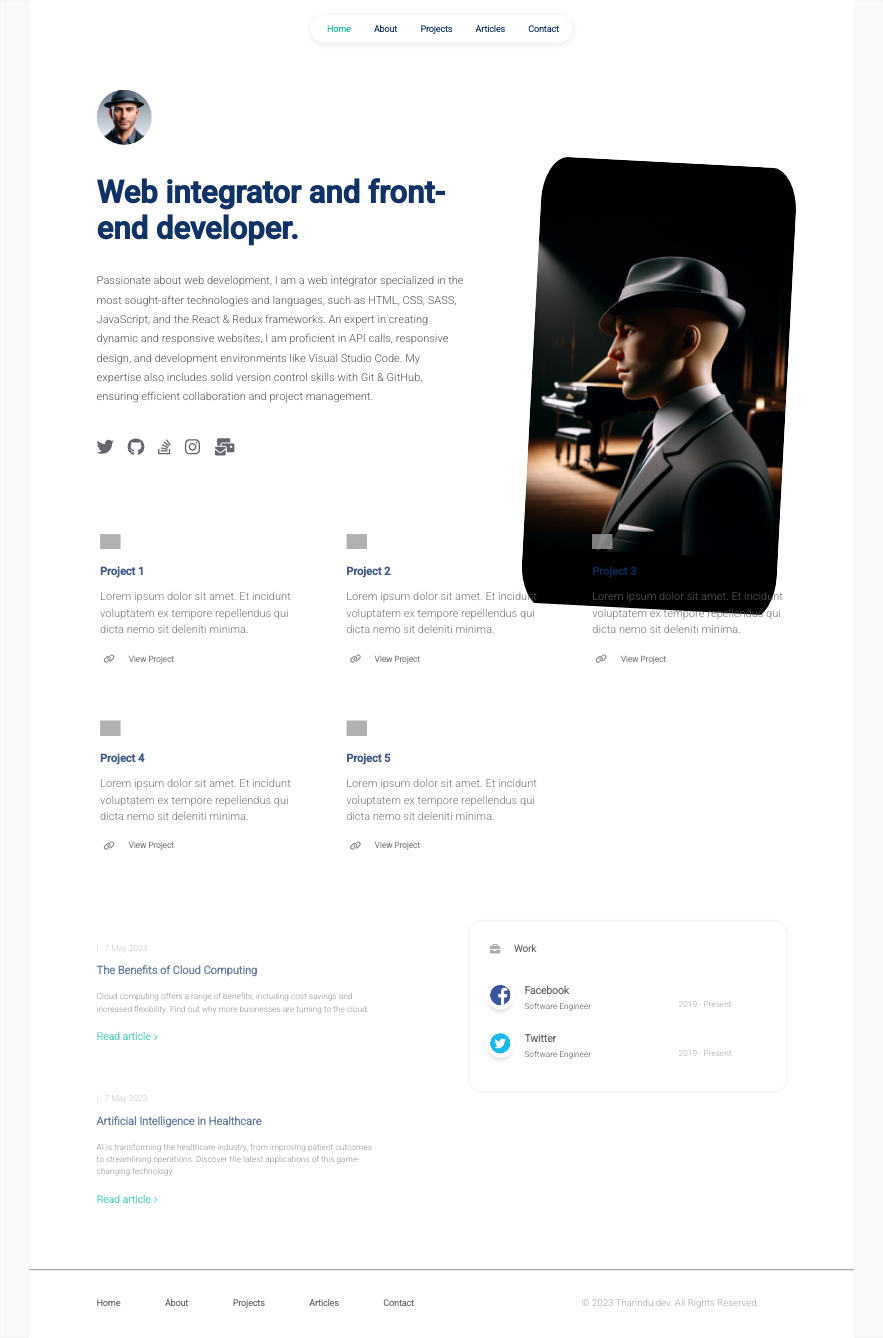
Repository: Dimple3377/reactfolio-master
Page: /
An editor plug-in stored every save of this project. The page is shown before and after the next save, followed by the edit.
The browser window is 1280 px wide. The pictures show the whole page, at 69% of full size.
Pictures or frames that could not be fetched are drawn as grey boxes. The project was rebuilt for these pictures with package versions that can differ from the ones it lists, and the page was loaded fresh each time. Also part of the build but not shown: src/components/about/socials.jsx, src/pages/styles/about.css, src/pages/about.jsx, src/pages/styles/projects.css, src/pages/projects.jsx, src/components/articles/article.jsx, src/pages/styles/articles.css, src/pages/articles.jsx and 5 more.

Above is the page before, as saved 2024-04-24 00:32:40.

### src/data/styles.css
:root {
	/* ------- colors ------- */
	--primary-color: #113264;
	--secondary-color: #65656d;
	--tertiary-color: #acacb4;
	--quaternary-color: #e4e4e7;
	--link-color: #14b8a6;
	/* ---------------------- */

	/* ------- fonts ------- */
	--primary-font: "Heebo", sans-serif;
	--secondary-font: "Roboto", sans-serif;
	/* --------------------- */
}

### src/pages/homepage.jsx
import React, { useState, useEffect } from "react";
import { Helmet } from "react-helmet";

import { faMailBulk } from "@fortawesome/free-solid-svg-icons";
import { FontAwesomeIcon } from "@fortawesome/react-fontawesome";
import {
	faTwitter,
	faGithub,
	faStackOverflow,
	faInstagram,
} from "@fortawesome/free-brands-svg-icons";

import Logo from "../components/common/logo";
import Footer from "../components/common/footer";
import NavBar from "../components/common/navBar";
import Article from "../components/homepage/article";
import Works from "../components/homepage/works";
import AllProjects from "../components/projects/allProjects";

import INFO from "../data/user";
import SEO from "../data/seo";
import myArticles from "../data/articles";

import "./styles/homepage.css";

const Homepage = () => {
	const [stayLogo, setStayLogo] = useState(false);
	const [logoSize, setLogoSize] = useState(80);
	const [oldLogoSize, setOldLogoSize] = useState(80);

	useEffect(() => {
		window.scrollTo(0, 0);
	}, []);

	useEffect(() => {
		const handleScroll = () => {
			let scroll = Math.round(window.pageYOffset, 2);

			let newLogoSize = 80 - (scroll * 4) / 10;

			if (newLogoSize < oldLogoSize) {
				if (newLogoSize > 40) {
					setLogoSize(newLogoSize);
					setOldLogoSize(newLogoSize);
					setStayLogo(false);
				} else {
					setStayLogo(true);
				}
			} else {
				setLogoSize(newLogoSize);
				setStayLogo(false);
			}
		};

		window.addEventListener("scroll", handleScroll);
		return () => window.removeEventListener("scroll", handleScroll);
	}, [logoSize, oldLogoSize]);

	const currentSEO = SEO.find((item) => item.page === "home");

	const logoStyle = {
		display: "flex",
		position: stayLogo ? "fixed" : "relative",
		top: stayLogo ? "3vh" : "auto",
		zIndex: 999,
		border: stayLogo ? "1px solid white" : "none",
		borderRadius: stayLogo ? "50%" : "none",
		boxShadow: stayLogo ? "0px 4px 10px rgba(0, 0, 0, 0.25)" : "none",
	};

	return (
		<React.Fragment>
			<Helmet>
				<title>{INFO.main.title}</title>
				<meta name="description" content={currentSEO.description} />
				<meta
					name="keywords"
					content={currentSEO.keywords.join(", ")}
				/>
			</Helmet>

			<div className="page-content">
				<NavBar active="home" />
				<div className="content-wrapper">
					<div className="homepage-logo-container">
						<div style={logoStyle}>
							<Logo width={logoSize} link={false} />
						</div>
					</div>

					<div className="homepage-container">
						<div className="homepage-first-area">
							<div className="homepage-first-area-left-side">
								<div className="title homepage-title">
									{INFO.homepage.title}
								</div>

								<div className="subtitle homepage-subtitle">
									{INFO.homepage.description}
								</div>
							</div>

							<div className="homepage-first-area-right-side">
								<div className="homepage-image-container">
									<div className="homepage-image-wrapper">
										<img
											src="homepage.jpg"
											alt="about"
											className="homepage-image"
										/>
									</div>
								</div>
							</div>
						</div>

						<div className="homepage-socials">
							<a
								href={INFO.socials.twitter}
								target="_blank"
								rel="noreferrer"
							>
								<FontAwesomeIcon
									icon={faTwitter}
									className="homepage-social-icon"
								/>
							</a>
							<a
								href={INFO.socials.github}
								target="_blank"
								rel="noreferrer"
							>
								<FontAwesomeIcon
									icon={faGithub}
									className="homepage-social-icon"
								/>
							</a>
							<a
								href={INFO.socials.stackoverflow}
								target="_blank"
								rel="noreferrer"
							>
								<FontAwesomeIcon
									icon={faStackOverflow}
									className="homepage-social-icon"
								/>
							</a>
							<a
								href={INFO.socials.instagram}
								target="_blank"
								rel="noreferrer"
							>
								<FontAwesomeIcon
									icon={faInstagram}
									className="homepage-social-icon"
								/>
							</a>
							<a
								href={`mailto:${INFO.main.email}`}
								target="_blank"
								rel="noreferrer"
							>
								<FontAwesomeIcon
									icon={faMailBulk}
									className="homepage-social-icon"
								/>
							</a>
						</div>

						<div className="homepage-projects">
							<AllProjects />
						</div>

						<div className="homepage-after-title">
							<div className="homepage-articles">
								{myArticles.map((article, index) => (
									<div
										className="homepage-article"
										key={(index + 1).toString()}
									>
										<Article
											key={(index + 1).toString()}
											date={article().date}
											title={article().title}
											description={article().description}
											link={"/article/" + (index + 1)}
										/>
									</div>
								))}
							</div>

							<div className="homepage-works">
								<Works />
							</div>
						</div>

						<div className="page-footer">
							<Footer />
						</div>
					</div>
				</div>
			</div>
		</React.Fragment>
	);
};

export default Homepage;

### src/components/common/footer.jsx
import React from "react";
import { Link } from "react-router-dom";

import "./styles/footer.css";

const Footer = () => {
	return (
		<React.Fragment>
			<div className="footer">
				<div className="footer-links">
					<ul className="footer-nav-link-list">
						<li className="footer-nav-link-item">
							<Link to="/">Home</Link>
						</li>
						<li className="footer-nav-link-item">
							<Link to="/about">About</Link>
						</li>
						<li className="footer-nav-link-item">
							<Link to="/projects">Projects</Link>
						</li>
						<li className="footer-nav-link-item">
							<Link to="/articles">Articles</Link>
						</li>
						<li className="footer-nav-link-item">
							<Link to="/contact">Contact</Link>
						</li>
					</ul>
				</div>

				<div className="footer-credits">
					<div className="footer-credits-text">
						© 2023 Tharindu.dev. All Rights Reserved.
					</div>
				</div>
			</div>
		</React.Fragment>
	);
};

export default Footer;

### src/components/common/navBar.jsx
import React from "react";
import { Link } from "react-router-dom";

import "./styles/navBar.css";

const NavBar = (props) => {
	const { active } = props;

	return (
		<React.Fragment>
			<div className="nav-container">
				<nav className="navbar">
					<div className="nav-background">
						<ul className="nav-list">
							<li
								className={
									active === "home"
										? "nav-item active"
										: "nav-item"
								}
							>
								<Link to="/">Home</Link>
							</li>
							<li
								className={
									active === "about"
										? "nav-item active"
										: "nav-item"
								}
							>
								<Link to="/about">About</Link>
							</li>
							<li
								className={
									active === "projects"
										? "nav-item active"
										: "nav-item"
								}
							>
								<Link to="/projects">Projects</Link>
							</li>
							<li
								className={
									active === "articles"
										? "nav-item active"
										: "nav-item"
								}
							>
								<Link to="/articles">Articles</Link>
							</li>
							<li
								className={
									active === "contact"
										? "nav-item active"
										: "nav-item"
								}
							>
								<Link to="/contact">Contact</Link>
							</li>
						</ul>
					</div>
				</nav>
			</div>
		</React.Fragment>
	);
};

export default NavBar;

### src/components/homepage/article.jsx
import React from "react";
import { Link } from "react-router-dom";

import { FontAwesomeIcon } from "@fortawesome/react-fontawesome";
import { faChevronRight } from "@fortawesome/free-solid-svg-icons";

import "./styles/article.css";

const Article = (props) => {
	const { title, description, date, link } = props;

	return (
		<React.Fragment>
			<div className="homepage-article">
				<div className="homepage-article-content">
					<div className="homepage-article-date">
						|&nbsp;&nbsp;&nbsp;{date}
					</div>
					<div className="homepage-article-title">{title}</div>
					<div className="homepage-article-description">
						{description}
					</div>
					<div className="homepage-article-link">
						<Link to={link}>
							Read article{" "}
							<FontAwesomeIcon
								style={{ fontSize: "10px" }}
								icon={faChevronRight}
							/>
						</Link>
					</div>
				</div>
			</div>
		</React.Fragment>
	);
};

export default Article;

### src/components/homepage/works.jsx
import React from "react";
import { faBriefcase } from "@fortawesome/free-solid-svg-icons";

import Card from "../common/card";

import "./styles/works.css";

const Works = () => {
	return (
		<div className="works">
			<Card
				icon={faBriefcase}
				title="Work"
				body={
					<div className="works-body">
						<div className="work">
							<img
								src="./facebook.png"
								alt="facebook"
								className="work-image"
							/>
							<div className="work-title">Facebook</div>
							<div className="work-subtitle">
								Software Engineer
							</div>
							<div className="work-duration">2019 - Present</div>
						</div>

						<div className="work">
							<img
								src="./twitter.png"
								alt="twitter"
								className="work-image"
							/>
							<div className="work-title">Twitter</div>
							<div className="work-subtitle">
								Software Engineer
							</div>
							<div className="work-duration">2019 - Present</div>
						</div>
					</div>
				}
			/>
		</div>
	);
};

export default Works;

### src/data/seo.js
const SEO = [
	{
		page: "home",
		description:
			"I am a backend developer with expertise in Node.js. I have experience in building scalable, secure and reliable web applications using various frameworks and technologies.",
		keywords: ["Tharindu", "Tharindu N", "Tharindu Nayanajith"],
	},

	{
		page: "about",
		description:
			"I am a backend developer with expertise in Node.js. I have experience in building scalable, secure and reliable web applications using various frameworks and technologies.",
		keywords: ["Tharindu", "Tharindu N", "Tharindu Nayanajith"],
	},

	{
		page: "articles",
		description:
			"Chronological collection of my long-form thoughts on programming, leadership, product design, and more.",
		keywords: ["Tharindu", "Tharindu N", "Tharindu Nayanajith"],
	},

	{
		page: "projects",
		description:
			"I've worked on a variety of projects over the years and I'm proud of the progress I've made. Many of these projects are open-source and available for others to explore and contribute to.",
		keywords: ["Tharindu", "Tharindu N", "Tharindu Nayanajith"],
	},

	{
		page: "contact",
		description:
			"If you're interested in collaborating on a project, feel free to reach out to me. I'm always open to new ideas and opportunities.",
		keywords: ["Tharindu", "Tharindu N", "Tharindu Nayanajith"],
	},
];

export default SEO;

### src/data/articles.js
import React from "react";

function article_1() {
	return {
		date: "7 May 2023",
		title: "The Benefits of Cloud Computing",
		description:
			"Cloud computing offers a range of benefits, including cost savings and increased flexibility. Find out why more businesses are turning to the cloud.",
		keywords: [
			"The Benefits of Cloud Computing",
			"Tharindu",
			"Tharindu N",
			"Tharindu Nayanajith",
		],
		style: `
				.article-content {
					display: flex;
					flex-direction: column;
					align-items: center;
				}

				.randImage {
					align-self: center;
					outline: 2px solid red;
				}
				`,
		body: (
			<React.Fragment>
				<div className="article-content">
					<div className="paragraph">Content of article 1</div>
					<img
						src="https://picsum.photos/200/300"
						alt="random"
						className="randImage"
					/>
				</div>
			</React.Fragment>
		),
	};
}

function article_2() {
	return {
		date: "7 May 2023",
		title: "Artificial Intelligence in Healthcare",
		description:
			"AI is transforming the healthcare industry, from improving patient outcomes to streamlining operations. Discover the latest applications of this game-changing technology.",
		style: ``,
		keywords: [
			"Artificial Intelligence in Healthcare",
			"Tharindu",
			"Tharindu N",
			"Tharindu Nayanajith",
		],
		body: (
			<React.Fragment>
				<h1>Content of article 2</h1>
			</React.Fragment>
		),
	};
}

const myArticles = [article_1, article_2];

export default myArticles;

### src/pages/styles/homepage.css
@import "../../data/styles.css";

.homepage-logo-container {
	display: flex;
	justify-content: left;
	align-items: center;
	padding-top: 130px;
}

.homepage-container {
	padding-top: 25px;
}

.homepage-first-area {
	display: flex;
	justify-content: space-between;
	align-items: center;
}

.homepage-first-area-left-side {
	display: flex;
	flex-direction: column;
	align-items: flex-start;
}

.homepage-title {
	width: 85% !important;
}

.homepage-subtitle {
	width: 85% !important;
}

.homepage-first-area-right-side {
	display: flex;
	align-items: center;
}

.homepage-image-container {
	width: 370px;
	height: 370px;
}

.homepage-image-wrapper {
	overflow: hidden;
	border-radius: 10%;
	transform: rotate(3deg);
}

.homepage-image-wrapper img {
	width: 100%;
}

.homepage-socials {
	display: flex;
	justify-content: left;
	align-items: center;
	padding-top: 30px;
}

.homepage-social-icon {
	padding-right: 20px;
	font-size: 25px;
	transition: color 0.2s ease-in-out;
	color: var(--secondary-color);
}

.homepage-social-icon:hover {
	color: var(--primary-color);
}

.homepage-after-title {
	display: flex;
}

.homepage-projects {
	flex-basis: 300px;
	padding-top: 40px;
}

.homepage-articles {
	flex-basis: 900px;
	padding-top: 30px;
	margin-left: -30px;
}

.homepage-article {
	padding-bottom: 5px;
}

.homepage-works {
	flex-basis: 600px;
	padding-top: 30px;
}

@media (max-width: 1024px) {
	.homepage-first-area {
		flex-direction: column;
	}

	.homepage-first-area-left-side {
		display: flex;
		flex-direction: column; /* Changed: set direction to column */
		align-items: flex-start;
		width: 100%;
		order: 2;
	}

	.homepage-title {
		width: 100% !important;
		margin-top: 20px;
		order: 2;
	}

	.homepage-subtitle {
		width: 100% !important;
		margin-top: 10px;
		order: 3;
	}

	.homepage-first-area-right-side {
		width: 100%;
		order: 1;
	}

	.homepage-image-container {
		padding-top: 50px;
		padding-bottom: 50px;
		margin-left: 10px;
		order: 1;
	}

	.homepage-after-title {
		flex-direction: column;
	}

	.homepage-projects {
		flex-basis: auto;
	}

	.homepage-articles {
		flex-basis: auto;
	}

	.homepage-works {
		flex-basis: auto;
		margin-left: -25px;
		margin-right: -25px;
	}
}

### src/pages/styles/readArticle.css
@import "../../data/styles.css";

.read-article-logo-container {
	display: flex;
	justify-content: left;
	padding-top: 25px;
}

.read-article-logo {
	display: flex;
	position: fixed;
	border: 1px solid white;
	border-radius: 50%;
	box-shadow: 0px 4px 10px rgba(0, 0, 0, 0.25);
	top: 4vh;
}

.read-article-container {
	display: flex;
	height: 100%;
	margin: 0;
	padding-top: 120px;
}

.read-article-back {
	padding-top: 68px;
	padding-right: 50px;
	width: 40px;
	height: 40px;
}

.read-article-back-button {
	width: 50px;
	border-radius: 50%;
	box-shadow: 0px 4px 10px rgba(0, 0, 0, 0.25);
}

.read-article-wrapper {
	width: 80%;
	padding-top: 30px;
}

.read-article-date-container {
	border-left: 2px solid var(--quaternary-color);
	color: var(--tertiary-color);
	font-size: 16 px;
	align-items: center;
	height: 22px;
}

.read-article-date {
	font-family: var(--primary-font);
	padding-left: 15px;
}

.read-article-title {
	padding-top: 50px;
	padding-bottom: 50px;
	width: 100% !important;
}

.read-article-body {
	padding-bottom: 50px;
	font-size: 16px;
	line-height: 30px;
	font-family: system-ui;
	color: #52525b;
}

### src/components/common/styles/footer.css
@import "../../../data/styles.css";

.footer {
	display: flex;
	padding-top: 25px;
	margin-top: 50px;
	padding-bottom: 25px;
	align-items: center;
}

.footer-links,
.footer-credits {
	flex-basis: 50%;
}

.footer-links {
	margin-left: -40px;
}

.footer-nav-link-list {
	display: flex;
	list-style: none;
	justify-content: space-between;
	align-items: center;
}

.footer-nav-link-item {
	font-weight: bold;
	font-size: 80%;
}

.footer-nav-link-list a {
	text-decoration: none;
	color: var(--secondary-color);
}

.footer-nav-link-list a:hover {
	color: var(--link-color);
}

.footer-credits-text {
	justify-content: flex-end;
	color: var(--tertiary-color);
	font-size: 14px;
	text-align: right;
}

@media (max-width: 600px) {
	.footer {
		flex-direction: column;
		height: 85px;
	}

	.footer-links {
		display: flex;
		width: 100%;
		justify-content: center;
	}

	.footer-nav-link-list {
		width: 100%;
	}
}

### src/components/common/styles/navBar.css
@import "../../../data/styles.css";

.nav-container {
	margin: 0;
	display: flex;
	justify-content: center;
	align-items: center;
}

.navbar {
	display: flex;
	justify-content: center;
	align-items: center;
	position: fixed;
	top: 3vh;
	z-index: 999;
}

.nav-background {
	width: 380px;
	height: 40px;
	padding-left: 0%;
	padding-right: 0%;
	background: #fff;
	box-shadow: 0px 2px 10px rgba(0, 0, 0, 0.1);
	border-radius: 40px;
}

.nav-list {
	display: flex;
	justify-content: space-between;
	list-style: none;
	align-items: center;
	margin-left: -16px;
	margin-right: 20px;
	margin-top: 11px;
}

.nav-item {
	font-weight: bold;
	font-size: 80%;
}

.nav-item.active a {
	color: var(--link-color) !important;
}

.nav-item a {
	text-decoration: none;
	color: var(--primary-color);
}

.nav-item a:hover {
	color: var(--link-color);
	transition: color 0.3s ease-in-out;
}

@media (max-width: 600px) {
	.navbar {
		margin-left: 25%;
		margin-right: 25%;
		width: 80%;
		font-size: 80%;
	}

	.nav-background {
		width: 80%;
		height: 40px;
	}

	.nav-item {
		font-weight: bold;
	}
}

### src/components/homepage/styles/article.css
@import "../../../data/styles.css";

.homepage-article {
	width: 90%;
	mix-blend-mode: normal;
	border-radius: 20px;
	opacity: 0.8;
}

.homepage-article:hover {
	background: #fafafa;
	opacity: 1;
	transition: background-color 0.3s ease-in-out;
}

.homepage-article-content {
	padding: 30px;
}

.homepage-article-date {
	opacity: 1;
	color: var(--tertiary-color);
	font-size: 12px;
	margin-bottom: 1em;
}

.homepage-article-title {
	opacity: 1;
	color: var(--primary-color);
	font-size: 16px;
	margin-bottom: 1em;
	font-weight: 700;
}

.homepage-article-description {
	opacity: 1;
	color: var(--secondary-color);
	font-size: 12px;
	line-height: 1.5;
}

.homepage-article-link {
	opacity: 1;
	padding-top: 20px;
	font-size: 15px;
	font-weight: 700;
}

.homepage-article-link a {
	color: var(--link-color);
	text-decoration: none;
}

@media (max-width: 600px) {
	.homepage-article {
		width: 100%;
	}
}

### src/components/projects/project.jsx
import React from "react";
import { Link } from "react-router-dom";
import { FontAwesomeIcon } from "@fortawesome/react-fontawesome";
import { faLink } from "@fortawesome/free-solid-svg-icons";

import "./styles/project.css";

const Project = (props) => {
	const { logo, title, description, linkText, link } = props;

	return (
		<React.Fragment>
			<div className="project">
				<Link to={link}>
					<div className="project-container">
						<div className="project-logo">
							<img src={logo} alt="logo" />
						</div>
						<div className="project-title">{title}</div>
						<div className="project-description">{description}</div>
						<div className="project-link">
							<div className="project-link-icon">
								<FontAwesomeIcon icon={faLink} />
							</div>

							<div className="project-link-text">{linkText}</div>
						</div>
					</div>
				</Link>
			</div>
		</React.Fragment>
	);
};

export default Project;

### src/components/articles/style/article.css
@import "../../../data/styles.css";

.article {
	display: flex;
}

.article a {
	text-decoration: none;
}

.article-left-side {
	min-width: 20%;
	max-width: 20%;
}

.article-right-side {
	flex-basis: 80%;
	min-width: 700px;
	mix-blend-mode: normal;
	border-radius: 20px;
	opacity: 0.8;
	padding: 30px;
}

.article-right-side:hover {
	background: #fafafa;
	opacity: 1;
	transition: background-color 0.3s ease-in-out;
}

.article-date {
	padding-top: 30px;
	font-size: 15px;
	color: var(--tertiary-color);
}

.article-title {
	color: #000000;
	font-size: 16px;
	font-weight: 600;
}

.article-description {
	padding-top: 10px;
	font-size: 12px;
	color: var(--secondary-color);
	font-weight: 480;
	line-height: 25px;
}

.article-link {
	padding-top: 10px;
	font-size: 14px;
	color: var(--link-color);
	font-weight: 700;
}

@media (max-width: 1024px) {
	.article-left-side {
		min-width: 10%;
		max-width: 10%;
	}

	.article-right-side {
		flex-basis: 90%;
		min-width: 85%;
		max-width: 85%;
	}
}

### src/components/projects/styles/project.css
@import "../../../data/styles.css";

.project {
	mix-blend-mode: normal;
	border-radius: 20px;
	opacity: 0.8;
	height: 100%;
}

.project a {
	text-decoration: none;
}

.project:hover {
	background: #fafafa;
	opacity: 1;
	transition: background-color 0.3s ease-in-out;
}

.project:hover .project-link {
	color: var(--link-color);
	transition: color 0.3s ease-in-out;
}

.project-container {
	padding: 30px;
}

.project-logo {
	width: 30px;
}

.project-logo img {
	width: 100%;
}

.project-title {
	font-family: var(--secondary-font);
	color: var(--primary-color);
	font-size: 16px;
	padding-top: 15px;
	margin-bottom: 1em;
	font-weight: 700;
}

.project-description {
	color: var(--secondary-color);
}

.project-link {
	display: flex;
	align-items: center;
	color: var(--secondary-color);
	font-size: 12px;
	padding-top: 20px;
}

.project-link-icon {
	padding-left: 5px;
	font-size: 13px;
}

.project-link-text {
	padding-left: 20px;
	font-weight: 700;
}

@media (max-width: 600px) {
	.project {
		height: 300px;
	}
}

Loaded but not shown: public/index.html (common file); src/index.js (common file); src/index.css (common file); src/App.js (common file); src/reportWebVitals.js (common file); src/data/tracking.js (common file); src/app.css (common file); src/components/common/logo.jsx (common file); src/components/projects/allProjects.jsx (common file); src/components/common/styles/logo.css (common file); src/components/common/card.jsx (common file); src/components/homepage/styles/works.css (common file); src/components/projects/styles/allProjects.css (common file); src/components/about/styles/socials.css (common file); src/components/common/styles/card.css (common file); src/data/user.js (84 lines, source omitted)

After the next save:
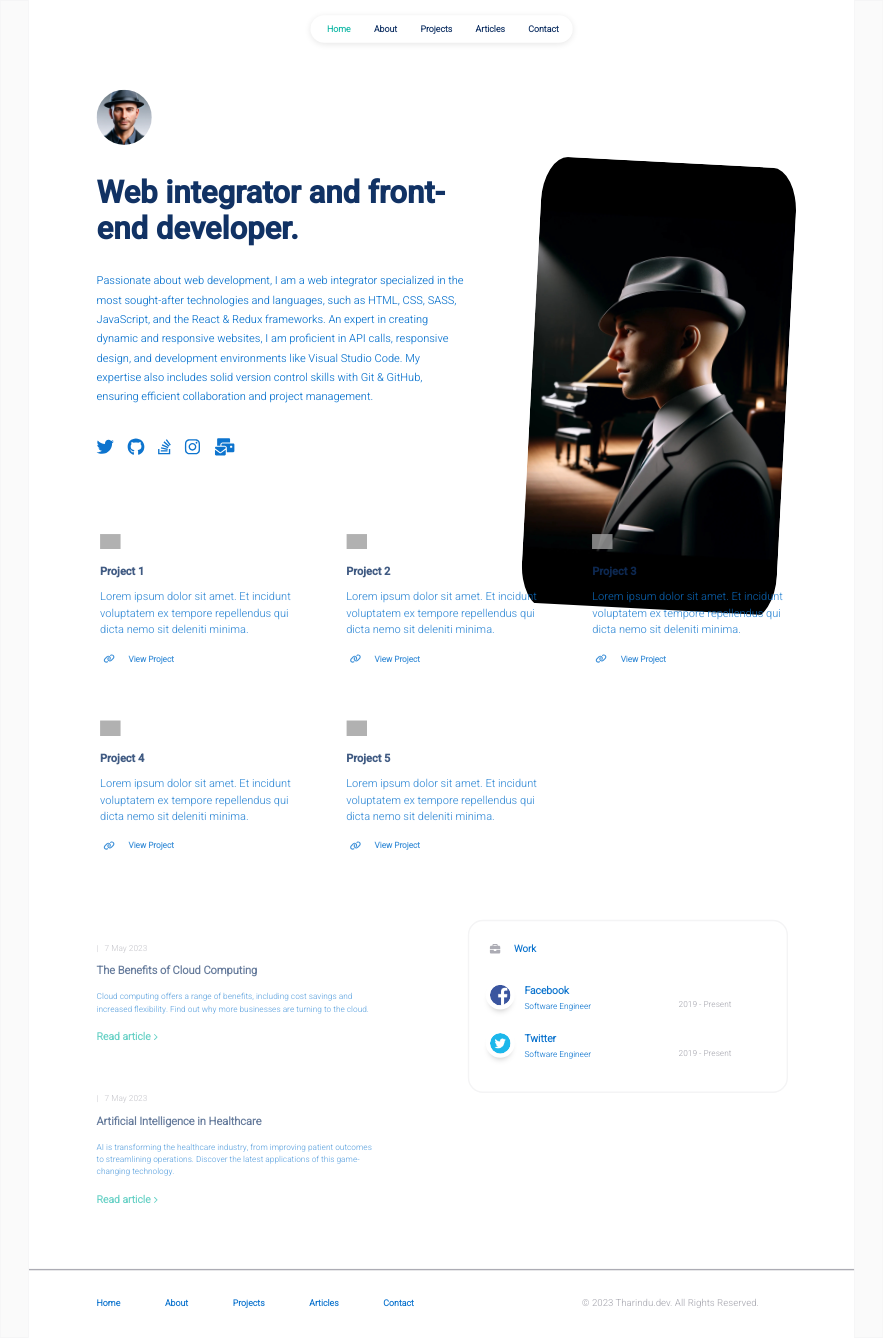
Saved 48 s later.
--- a/src/data/styles.css
+++ b/src/data/styles.css
@@ -1,7 +1,7 @@
 :root {
 	/* ------- colors ------- */
 	--primary-color: #113264;
-	--secondary-color: #65656d;
+	--secondary-color: #0d74ce;
 	--tertiary-color: #acacb4;
 	--quaternary-color: #e4e4e7;
 	--link-color: #14b8a6;
